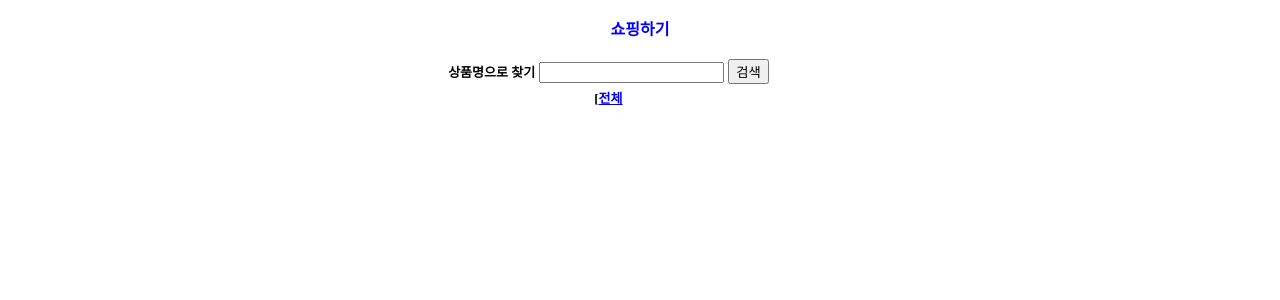
Repository: severrepair/JSPproject
Page: http://localhost/Shop/shop_list.jsp
These files come from the project's save history. The page is drawn as it stood at one moment and after the next save; the edit follows.
The browser window is 1280 px wide. The pictures show the whole page.
The page is served by Tomcat 9.

Above is the page before, as saved 2022-12-02 07:20:10.

After the next save:
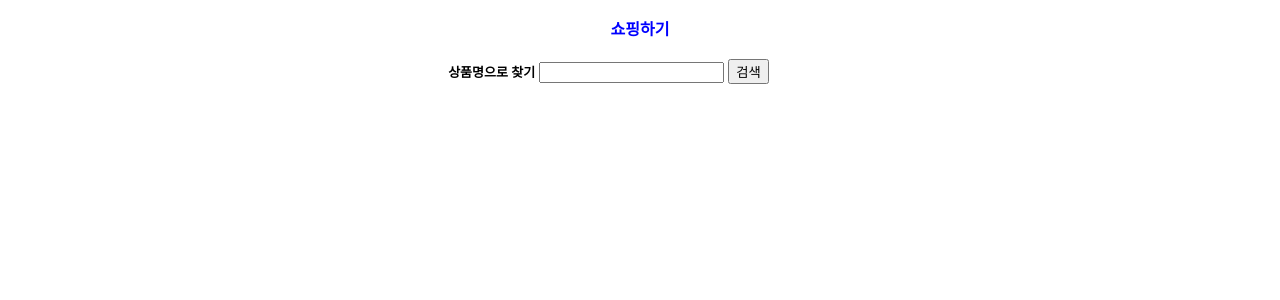
Saved 22 s later.
--- a/Shop/src/main/webapp/shop_list.jsp
+++ b/Shop/src/main/webapp/shop_list.jsp
@@ -32,13 +32,6 @@
 			<INPUT type=submit value="검색">
 		</TH>
 	</TR>
-	<TR>
-		<TH>
-			<FONT size=-1>
-				[<A href="/Shop/main.html>메인으로</A>]
-				<A href="shop_list.jsp">전체</A>
-			</FONT>
-
 
 </TABLE>
 </FORM>
